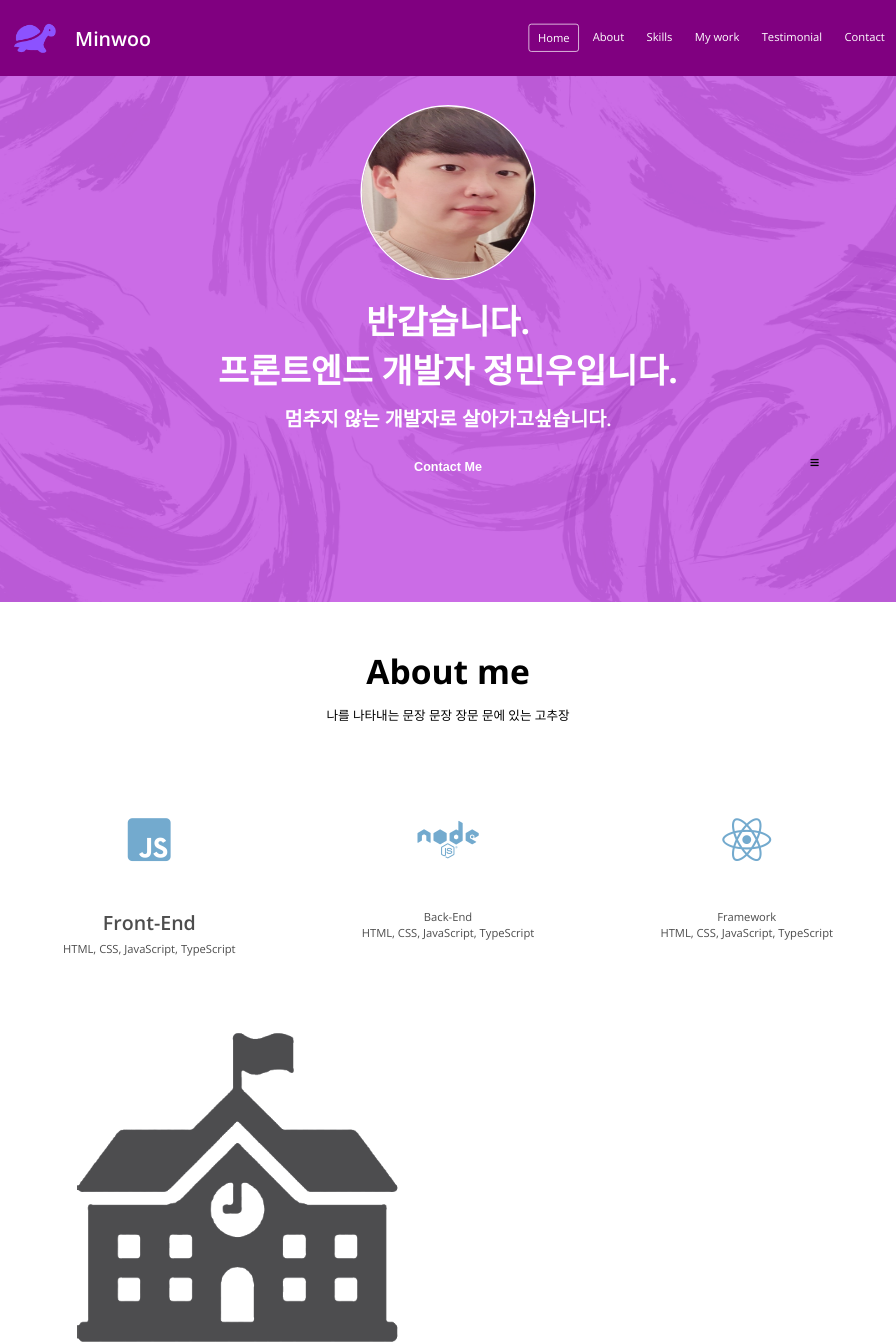
Repository: DevMinwoo-Jung/MinwooPortfolio
Page: index.html
The author's editor kept a copy of each file at every save. The page is drawn from the files as they stood at one save, then again after the next save.
The browser window is 1280 px wide. The pictures show the part of the page from y = 0 to 1920 px (the page is 5419 px tall), at 70% of full size.

Above is the page before, as saved 2021-06-03 11:40:14.
Console error: TypeError: Cannot read properties of null (reading 'style')

### index.html
<!DOCTYPE html>
<html lang="en">
<head>
  <meta charset="UTF-8">
  <meta http-equiv="X-UA-Compatible" content="IE=edge">
  <meta name="viewport" content="width=device-width, initial-scale=1.0">
  <title>Minwoo's Portfolio</title>
  <meta name="description" content="(will be) world-renowned Front-End Web developer Minwoo">
  <meta name="author" content= "Minwoo Jung">
  <link rel="icon" type ="image/png" href="imgs/favicon.png">
  <link rel="stylesheet" href="https://use.fontawesome.com/releases/v5.15.3/css/all.css" integrity="sha384-SZXxX4whJ79/gErwcOYf+zWLeJdY/qpuqC4cAa9rOGUstPomtqpuNWT9wdPEn2fk" crossorigin="anonymous">
  <link rel="preconnect" href="https://fonts.gstatic.com">
<link href="https://fonts.googleapis.com/css2?family=Open+Sans:wght@400;600;700&display=swap" rel="stylesheet">
<link rel="stylesheet" href="style.css">
<script src="main.js" defer></script>
</head>
<body>
  <!-- Navbar -->
  <nav id="navbar">
    <div class="navbar__logo">
      <img src="imgs/favicon.png" alt="">
      <a href="#">Minwoo</a>
    </div>
    <div class="navbar__menu">
      <ul class="navbar__menu">
        <li class="navbar__menu__item active" data-link="#home">Home</li>
        <li class="navbar__menu__item" data-link="#about">About</li>
        <li class="navbar__menu__item" data-link="#skills">Skills</li>
        <li class="navbar__menu__item" data-link="#work">My work</li>
        <li class="navbar__menu__item" data-link="#testimonials">Testimonial</li>
        <li class="navbar__menu__item" data-link="#contact">Contact</li>
      </ul>
    </div>
  <!-- Toggle Button -->
      <button class="navbar__toggle-btn">
        <i class="fas fa-bars"></i>
      </button>
  </nav>

  <!-- Arrow Button -->
  <div class="home__arrowBtn">
    <button class="home__btn">
      <i class="fas fa-bars"></i>
    </button>
  </div>


  <!-- Home -->
  <section id="home">
    <div class="home__container">
      <img src="imgs/myPhoto.jpg" alt="Minwoo's profile photo" class="home__avatar">
      <h1 class="home__title">반갑습니다. <br> 프론트엔드 개발자 정민우입니다.</h1>
      <h2 class="home__description">멈추지 않는 개발자로 살아가고싶습니다.</h2>
      <button class="home__contact" data-link="#contact">Contact Me</button>
    </div>
  </section>
  <!-- About -->
  <section id="about" class="section section__container">
    <h1>About me</h1>
    <p>나를 나타내는 문장 문장 장문 문에 있는 고추장</p>
    <div class="aoubt__majors">
      <div class="major">
        <div class="major__icon">
          <i class="fab fa-js-square"></i>
        </div>
        <h2 class="major__title">Front-End</h2>
        <div class="major__description">
          HTML, CSS, JavaScript, TypeScript
        </div>
      </div>
      <div class="major">
        <div class="major__icon">
          <i class="fab fa-node"></i>
        </div>
        <div class="major__title">Back-End</div>
        <div class="major__description">
          HTML, CSS, JavaScript, TypeScript
        </div>
      </div>
      <div class="major">
        <div class="major__icon">
          <i class="fab fa-react"></i>
        </div>
        <div class="major__title">Framework</div>
        <div class="major__description">
          HTML, CSS, JavaScript, TypeScript
        </div>
      </div>
    </div>
    <div class="aoubt__jobs">
      <div class="job">
        <img src="imgs/school.png" alt="" class="job__logo">
      </div>
      <div class="job__description">
        <p class="job__period">쌍용교육센터 - 2019.09 ~ 2020.04</p>
      </div>
      <div class="job">
        <img src="imgs/school.png" alt="" class="job__logo">
      </div>
      <div class="job__description">
        <p class="job__period">호서대학교 - 2012.02 ~ 2017.02</p>
      </div>
    </div>



  </section>
  <!-- Skills -->
  <section id="skills" class="section">
    <div class="section__container">
      <h1>Skills</h1>
      <h2>Skills & Attributes</h2>
      <p>
        나를 잘 포장할 말을 쓰면 된다
      </p>
      <div class="skillset">
        <div class="skillset__left">
          <h3 class="skillset__title">Skills</h3>
          <div class="skill">
            <div class="skill__description">
              <span>HTML</span>
              <span>90%</span>
            </div>
            <div class="skill__bar">
              <div class="skill__value" style="width: 99%;"></div>
            </div>
          </div>
          <div class="skill">
            <div class="skill__description">
              <span>JavaScript</span>
              <span>90%</span>
            </div>
            <div class="skill__bar">
              <div class="skill__value"  style="width: 99%;"></div>
            </div>
          </div>
          <div class="skill">
            <div class="skill__description">
              <span>CSS</span>
              <span>90%</span>
            </div>
            <div class="skill__bar">
              <div class="skill__value"  style="width: 90%;"></div>
            </div>
          </div>
          <div class="skill">
            <div class="skill__description">
              <span>TypeScript</span>
              <span>90%</span>
            </div>
            <div class="skill__bar">
              <div class="skill__value"  style="width: 85%;"></div>
            </div>
          </div>
          <div class="skill">
            <div class="skill__description">
              <span>NodeJs</span>
              <span>90%</span>
            </div>
            <div class="skill__bar">
              <div class="skill__value"  style="width: 80%;"></div>
            </div>
          </div>
        </div>
        <div class="skillset__right">
          <div class="tools">
            <h3 class="skillset__title">Tools</h3>
            <ul class="tools__list">
              <li><span>Visual Studio Code</span></li>
              <li><span>1</span></li>
              <li><span>2</span></li>
              <li><span>3</span></li>
              <li><span>4</span></li>
            </ul>
          </div>
          <div class="etc">
            <h3 class="skillset__title">Etc</h3>
            <ul class="etc__list">
              <li><span>Git</span></li>
              <li><span>Etc</span></li>
            </ul>
          </div>
        </div>
      </div>
    </div>
  </section>
  <!-- Work -->
  <section id="work" class="section">
<div class="section__container">
  <h1>My work</h1>
  <h3>Projects</h3>
  <div class="work__categories">
    <button class="category__btn active">All <span class="category__count">8</span></button>
    <button class="category__btn">Front-End <span class="category__count">3</span></button>
    <button class="category__btn">React <span class="category__count">2</span></button>
    <button class="category__btn">vanilaJs <span class="category__count">2</span></button>
    <button class="category__btn">nodeJs <span class="category__count">1</span></button>
  </div>
  <div class="work__projects">
    <a href="mygithub" class="project" target="blank" data-type="back-end">
    <img class="project__img" src="imgs/favicon.png" alt="project1">
    <!-- 이미지 추후에 넣자 -->
    <div class="project__description">
      <h3>Proejct</h3>
      <span>Clone coding with HTML and CSS</span>
    </div>
    </a>
    <a href="mygithub" class="project" target="blank" data-type="back-end">
      <img class="project__img" src="imgs/favicon.png" alt="project1">
      <!-- 이미지 추후에 넣자 -->
      <div class="project__description">
        <h3>Proejct</h3>
        <span>Clone coding with HTML and CSS</span>
      </div>
      </a>
      <a href="mygithub" class="project" target="blank" data-type="back-end">
        <img class="project__img" src="imgs/favicon.png" alt="project1">
        <!-- 이미지 추후에 넣자 -->
        <div class="project__description">
          <h3>Proejct</h3>
          <span>Clone coding with HTML and CSS</span>
        </div>
      </a>
      <a href="mygithub" class="project" target="blank" data-type="back-end">
        <img class="project__img" src="imgs/favicon.png" alt="project1">
        <!-- 이미지 추후에 넣자 -->
        <div class="project__description">
          <h3>Proejct</h3>
          <span>Clone coding with HTML and CSS</span>
        </div>
      </a>
      <a href="mygithub" class="project" target="blank" data-type="back-end">
        <img class="project__img" src="imgs/favicon.png" alt="project1">
        <!-- 이미지 추후에 넣자 -->
        <div class="project__description">
          <h3>Proejct</h3>
          <span>Clone coding with HTML and CSS</span>
        </div>
      </a>
      <a href="mygithub" class="project" target="blank" data-type="back-end">
        <img class="project__img" src="imgs/favicon.png" alt="project1">
        <!-- 이미지 추후에 넣자 -->
        <div class="project__description">
          <h3>Proejct</h3>
          <span>Clone coding with HTML and CSS</span>
        </div>
      </a>
      <a href="mygithub" class="project" target="blank" data-type="back-end">
        <img class="project__img" src="imgs/favicon.png" alt="project1">
        <!-- 이미지 추후에 넣자 -->
        <div class="project__description">
          <h3>Proejct</h3>
          <span>Clone coding with HTML and CSS</span>
        </div>
      </a>
      <a href="mygithub" class="project" target="blank" data-type="back-end">
        <img class="project__img" src="imgs/favicon.png" alt="project1">
        <!-- 이미지 추후에 넣자 -->
        <div class="project__description">
          <h3>Proejct</h3>
          <span>Clone coding with HTML and CSS</span>
        </div>
      </a>
  </div>
</div>
  </section>
  <!-- Testimonials -->
  <section id="testimonials" class="section">
<div class="section__container">
  <h1>Testmonials</h1>
  <h3>See what they say about me</h3>
  <div class="testimonials">
    <div class="testimonial">
      <img src="imgs/testimonail/people.jpg" alt="" class="testimonial__avatar">
      <div class="testimonail__speech-bubble">
        <p>Lorem Ipsum is simply dummy text of the printing and typesetting industry. Lorem Ipsum has been the industry's standard dummy text ever since the 1500s, when an unknown printer took a galley of type and scrambled it to make a type specimen book. It has survived not only five centuries, but also the leap into electronic typesetting, remaining essentially unchanged. It was popularised in the 1960s with the release of Letraset sheets containing Lorem Ipsum passages, and more recently with desktop publishing software like Aldus PageMaker including versions of Lorem Ipsum.</p>
        <p class="name"><a href="">이름</a>일한곳</p>
      </div>
    </div>
    <div class="testimonial">
      <div class="testimonail__speech-bubble">
        <p>Lorem Ipsum is simply dummy text of the printing and typesetting industry. Lorem Ipsum has been the industry's standard dummy text ever since the 1500s, when an unknown printer took a galley of type and scrambled it to make a type specimen book. It has survived not only five centuries, but also the leap into electronic typesetting, remaining essentially unchanged. It was popularised in the 1960s with the release of Letraset sheets containing Lorem Ipsum passages, and more recently with desktop publishing software like Aldus PageMaker including versions of Lorem Ipsum.</p>
        <p class="name"><a href="">이름</a>일한곳</p>
      </div>
      <img src="imgs/testimonail/people.jpg" alt="" class="testimonial__avatar">
    </div>
  </div>
</div>
  </section>
  <!-- Contact -->
  <section id="contact" class="section">
    <h1 class="contact__title">Let's talk</h1>
    <h2 class="contact__email">applejung312@gmail.com</h2>
    <div class="contact__links">
      <a href="https://github.com/DevMinwoo-Jung" target="_blank">
        <i class="fab fa-github"></i>
      </a>
      <a href="https://dev-minwoo.tistory.com/" target="_blank">
        <i class="fas fa-blog"></i>
      </a>
    </div>
    <p class="contact__right">
      2021 Minwoo Jung - All rights reseverd
    </p>
  </section>
</body>
</html>

### style.css
/* Global */
:root {
  /* Color */
  --color-white: #ffffff;
  --color-light-white: #eeeeee;
  --color-dark-white: #bdbdbd;
  --color-pink: #fe918d;
  --color-dark-pink: #ff6863;
  --color-dark-grey: #4d4d4d;
  --color-grey: #616161;
  --color-light-grey: #7c7979;
  --color-blue: #73aace;
  --color-yellow: #fff7d1;
  --color-orange: #feb546;
  --color-black: #000000;
  --color-dard-purple: rgb(78, 23, 69);

  /* Font size */
  --font-large: 48px;
  --font-medium: 28px;
  --font-regular: 18px;
  --font-small: 16px;
  --font-micro: 14px;

  /* Font weight */
  --weight-bold: 700;
  --weight-semi-bold: 600;
  --weight-regular: 400;

  /* Size */
  --size-border-radius: 4px;

  /* Animation Duration */
  --animation-duration: 300ms;
}

/* Universal tags */
* {
  box-sizing: border-box;
}

/* Typography */
h1 {
  font-size: var(--font-large);
  font-weight: var(--weight-bold);
  color: var(--color-black);
  margin: 16px 0px;
}

h2 {
  font-size: var(--font-medium);
  font-weight: var(--weight-semi-bold);
  color: var(--color-black);
  margin: 8px 0;
}

h3 {
  font-size: var(--font-regular);
  font-weight: var(--weight-regular);
  color: var(--color-black);
  margin: 8px 0;
}

p {
  font-size: var(--font-regular);
  font-weight: var(--weight-regular);
  color: var(--color-black);
  margin: 16px 0;
}

body {
  margin: 0;
  font-family: "Open Sans", sans-serif;
  cursor: default;
}

a {
  text-decoration: none;
  color: var(--color-white);
}

ul {
  list-style: none;
  padding-left: 0;
}

li {
  list-style: none;
}

button {
  background-color: transparent;
  cursor: pointer;
  border: none;
  outline: none;
}

/* Navbar */
#navbar {
  display: flex;
  justify-content: space-between;
  background-color: purple;
  align-items: center;
  position: fixed;
  width: 100%;
  transition: all var(--animation-duration) ease-in-out;
  z-index: 1;
}

#navbar.navbar--dark {
  background-color: rgb(150, 95, 150);
  padding: 8px;
}

.navbar__menu {
  display: flex;
}

.navbar__menu__item {
  padding: 8px 12px;
  margin: 0 4px;
  cursor: pointer;
  color: var(--color-white);
}

.navbar__menu__item.active {
  border: 1px solid var(--color-white);
  border-radius: var(--size-border-radius);
}

.navbar__menu__item:hover {
  background-color: var(--color-dard-purple);
  border-radius: var(--size-border-radius);
}

.navbar__logo {
  font-size: var(--font-medium);
  font-weight: var(--weight-semi-bold);
  color: white;
}

.navbar__logo img {
  height: 100px;
  width: 100px;
}

.navbar__logo a {
  position: relative;
  bottom: 35px;
}

.navbar__toggle-btn {
  position: absolute;
  right: 32px;
  font-size: 24px;
  color: var(--color-white);
  top: 24px;
  display: none;
}

/* Home */
#home {
  background: url("imgs/background\ Img.png") center/cover no-repeat;
  padding: 150px;
  text-align: center;
}

.home__fadeOut {
  opacity: 0.5;
  transition: all calc(var(--animation-duration)) ease-in-out;
}

.home__avatar {
  width: 250px;
  height: 250px;
  border-radius: 50%;
  border: 2px solid var(--color-white);
}

.home__title,
.home__description {
  color: var(--color-white);
}

.home__contact {
  color: var(--color-white);
  font-size: var(--font-regular);
  font-weight: var(--weight-bold);
  margin: 24px;
  padding: 8px 12px;
  border: 2px solid (var(--color-white));
  border-radius: var(--size-border-radius);
}

/* Section common */
.section {
  margin: auto;
  padding: 50px;
  text-align: center;
}

.section__container {
  max-width: 1200px;
  margin: auto;
}

/* About */
.aoubt__majors {
  display: flex;
  justify-content: space-between;
  margin: 80px 0;
}

.major__icon {
  width: 170px;
  height: 170px;
  font-size: 70px;
  line-height: 170px;
  margin: auto;
  border: 1px solid var(--color-white);
  border-radius: 50%;
  margin-bottom: 16px;
  color: var(--color-blue);
}

.major__icon i {
  transition: all var(--animation-duration) ease;
}

.major__icon:hover i {
  color: var(--color-pink);
  transform: rotate(-30deg) scale(1.1);
}

/*
.major__icon i:hover{
  이렇게하면 i에 올려났을때만 변하지만
  위처럼하면 icon에 올렸을때 i만 변한다
  color: var(--color-pink);
  transform: rotate(-30deg) scale(1.1);
} */

.major__title,
.major__description {
  color: var(--color-dark-grey);
}

.major__description {
  font-size: var(--font-small);
}

.job {
  display: flex;
  align-items: center;
}

.job__description {
  margin: 0 16px;
  text-align: left;
}

.job__name,
.job__period {
  color: var(--color-light-grey);
}

.job__name {
  font-size: var(--font-small);
}

.job__period {
  font-size: var(--font-micro);
}

/* Skill */
#skills {
  background-color: var(--color-yellow);
}

.skillset {
  display: flex;
  background-color: var(--color-light-grey);
  color: var(--color-light-white);
  margin: 20px 0;
}

.skillset__title {
  color: var(--color-white);
}

.skillset__left {
  flex-basis: 60%;
  background-color: var(--color-dark-grey);
  color: var(--color-white);
  padding: 20px 40px;
}

.skill__description {
  display: flex;
  justify-content: space-between;
}

.skillset__right {
  flex-basis: 40%;
}

.tools {
  background-color: var(--color-grey);
}

.skill__bar {
  width: 100%;
  height: 3px;
  background-color: var(--color-grey);
}

.skill {
  margin-bottom: 32px;
}

.skill__value {
  height: 3px;
  background-color: var(--color-orange);
}

.tolls,
.etc {
  padding: 20px;
}

/* Work */
.work__categories {
  margin: 40px;
}

.category__btn {
  border: 1px solid var(--color-dark-grey);
  border-radius: var(--size-border-radius);
  font-size: var(--font-regular);
  padding: 8px 48px;
}

.category__btn.active,
.category__btn:hover {
  background-color: var(--color-pink);
  color: var(--color-white);
}

.category__btn.active,
.category__count,
.category__btn:hover .category__count {
  opacity: 1;
  top: 0;
}
.category__count {
  background-color: var(--color-orange);
  border-radius: 50%;
  color: var(--color-white);
  width: 24px;
  height: 24px;
  display: inline-block;
  line-height: 24px;
  position: relative;
  top: -20px;
  left: 4px;
  opacity: 0;
  transition: all var(--animation-duration);
}

.work__projects {
  display: flex;
  flex-wrap: wrap;
  justify-content: center;
}

.project {
  width: 280px;
  display: flex;
  justify-content: center;
  align-items: center;
  height: 250px;
  margin: 2px;
  background-color: var(--color-light-white);
  position: relative;
}

.project__img {
  max-width: 100%;
  max-height: 100%;
  align-self: center;
}

.project__description {
  position: absolute;
  top: 0;
  left: 0;
  width: 100%;
  height: 100%;
  display: flex;
  flex-direction: column;
  justify-content: center;
  opacity: 0;
  transition: all var(--animation-duration) ease-in;
  transform: translateY(10px);
  background-color: black;
}

.project:hover .project__description {
  opacity: 0.8;
  transform: translateY(0px);
}

.project__description h3 {
  color: var(--color-white);
}

.project__description h3:after {
  content: "";
  display: block;
  position: relative;
  width: 25px;
  height: 25px;
  left: 50%;
  margin-left: -12px;
  background-color: var(--color-dark-white);
}

/* Testimonial */
#testimonials {
  background-color: var(--color-dark-white);
}

.testimonials {
  margin: 40px;
}

.testimonial {
  display: flex;
  margin: 32px 0;
}

.testimonial__avatar {
  width: 150px;
  height: 150px;
  border-radius: 50%;
}

.testimonial__avatar:nth-child(odd) {
  margin-right: 40px;
}

.testimonial__avatar:nth-child(even) {
  margin-left: 40px;
}

.testimonail__speech-bubble {
  padding: 18px;
  background-color: var(--color-white);
  border-radius: var(--size-border-radius);
}

.testimonail__speech-bubble p {
  color: var(--color-light-grey);
}

.testimonail__speech-bubble a {
  color: var(--color-pink);
}

/* Contact */

#contact {
  background-color: var(--color-pink);
}

.contact__title,
.contact__email,
.contact__rights {
  color: var(--color-white);
}

.contact__title {
  margin: 32px 0;
}

.contact__links {
  font-size: var(--font-large);
  margin: 24px 0;
}

.contact__links i:hover {
  transform: scale(1.1);
  color: var(--color-yellow);
  transition: all var(--animation-duration) ease-in;
}

.home__arrowBtn {
  top: 90%;
  left: 90%;
  position: fixed;
}

@media screen and (max-width: 768px) {
  .navbar__toggle-btn {
    display: block;
  }
  #navbar {
    flex-direction: column;
    align-items: flex-start;
    transition: 0.4s;
  }
  .navbar__menu {
    flex-direction: column;
    text-align: center;
    width: 100%;
    display: none;
  }

  .about__majors {
    flex-direction: column;
  }

  .major {
    margin-bottom: 38px;
  }

  .skillset {
    flex-direction: column;
  }

  .project {
    flex-grow: 1;
  }

  .testimonail__avatar {
    width: 80px;
    height: 80px;
  }
}

### main.js
'use strict'

// const scroll = window.scrollY; // 0 ~
// const navbar = document.getElementById('navbar').getBoundingClientRect().height; // 139


// Make navbar tranparent when it is on the top
const navbar = document.querySelector('#navbar');
const navbarHeight = navbar.getBoundingClientRect().height;

document.addEventListener('scroll', () => {
  if(window.scrollY > navbar){
    navbar.classList.add('navbar--dark');
  } else {
    document.getElementById('navbar').style.backgroundColor = 'purple'
    navbar.classList.remove('navbar--dark');
  }
});


// handle scroll when click navbar menu
// navbar가 메뉴 가림 추후 해결 해야함 2021.06.02
const navbarMenu = document.querySelector('.navbar__menu');
navbarMenu.addEventListener('click', (event) => {
  const target = event.target;
  const link = target.dataset.link;
  if(link == null){
    return;
  }
  scollIntoView(link);
});


// handle scroll when click contact
const contactMe = document.querySelector('.home__contact');
contactMe.addEventListener('click', () => {
  scollIntoView('#contact');
});


// home contents is faded out when scroll down
const homeContents = document.querySelector('.home__container');
const homeHeight = homeContents.getBoundingClientRect().height;
document.addEventListener('scroll', () => {
  homeContents.style.opacity = 1 - window.scrollY / homeHeight;
});


// appears arrow button after scrolling down
const arrowBtn = document.querySelector('.home__btn');
document.addEventListener('scroll', () => {
  if(window.scrollY < homeHeight){
    document.getElementById('home__arrowBtn').style.display = 'none';
  } else {
    document.getElementById('home__arrowBtn').style.display = '';
  }
})

// functions
function scollIntoView(selector){
  const scrollTo = document.querySelector(selector);
  scrollTo.scrollIntoView({ behavior: 'smooth'});
}

After the next save:
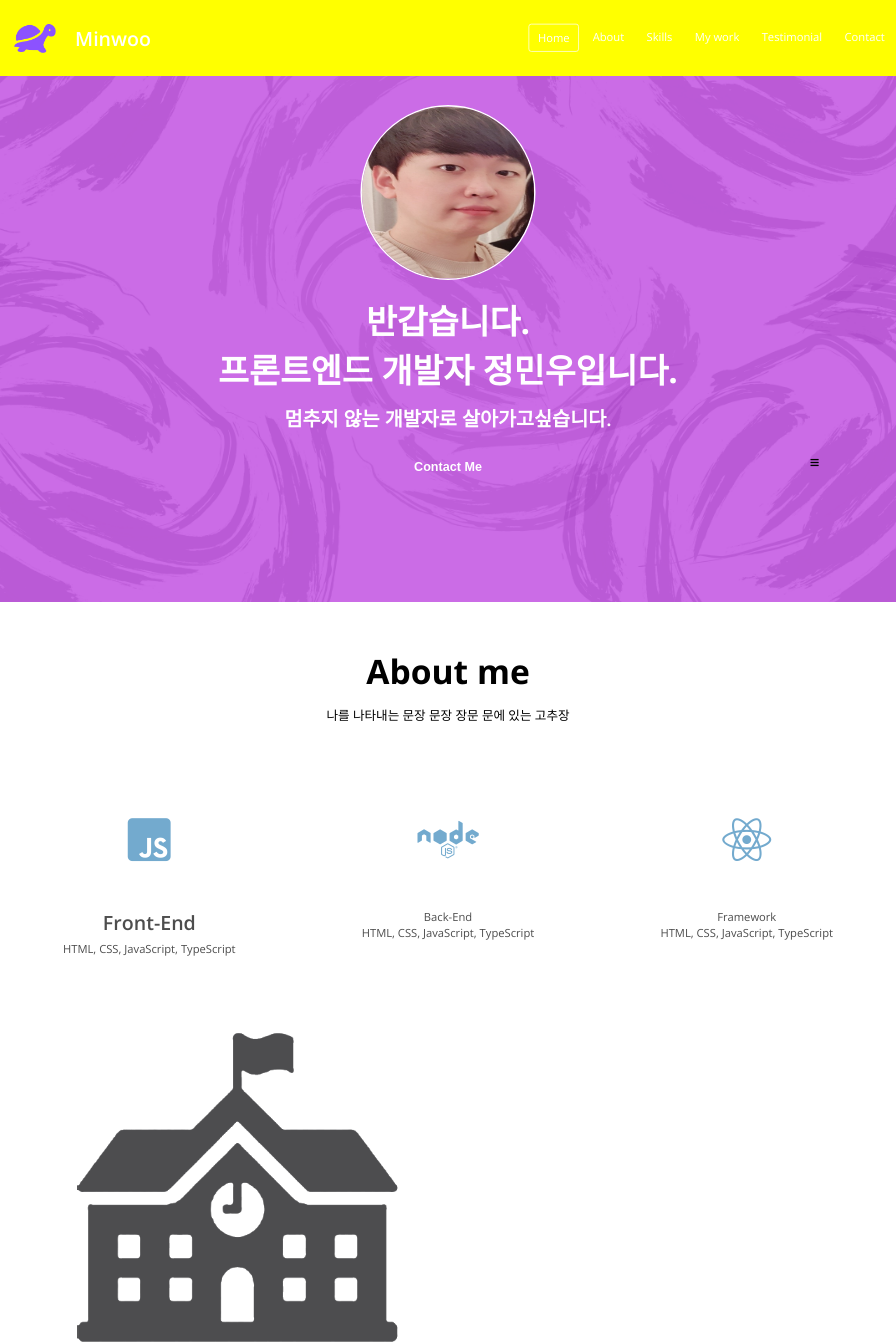
Saved 2 min 51 s later.
--- a/main.js
+++ b/main.js
@@ -12,7 +12,7 @@ document.addEventListener('scroll', () => {
   if(window.scrollY > navbar){
     navbar.classList.add('navbar--dark');
   } else {
-    document.getElementById('navbar').style.backgroundColor = 'purple'
+    document.getElementById('navbar').style.backgroundColor = 'yellow'
     navbar.classList.remove('navbar--dark');
   }
 });
